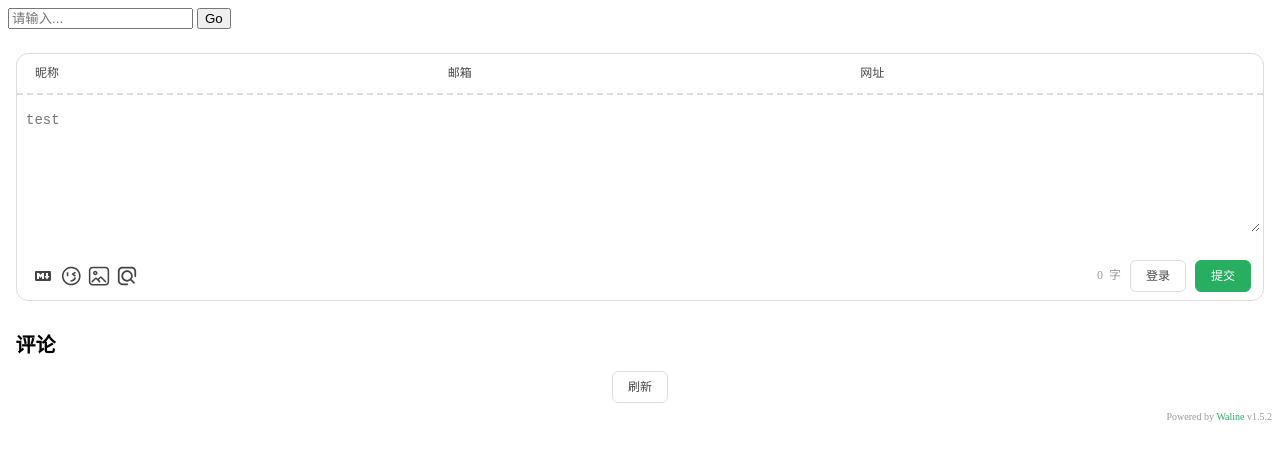
Repository: StarunneR/one-page
Page: index.html
An editor plug-in stored every save of this project. The page is shown before and after the next save, followed by the edit.
The browser window is 1280 px wide. The pictures show the whole page.
The page's requests for data from a server got no answer.

Above is the page before, as saved 2022-01-07 11:19:58.

After the next save:
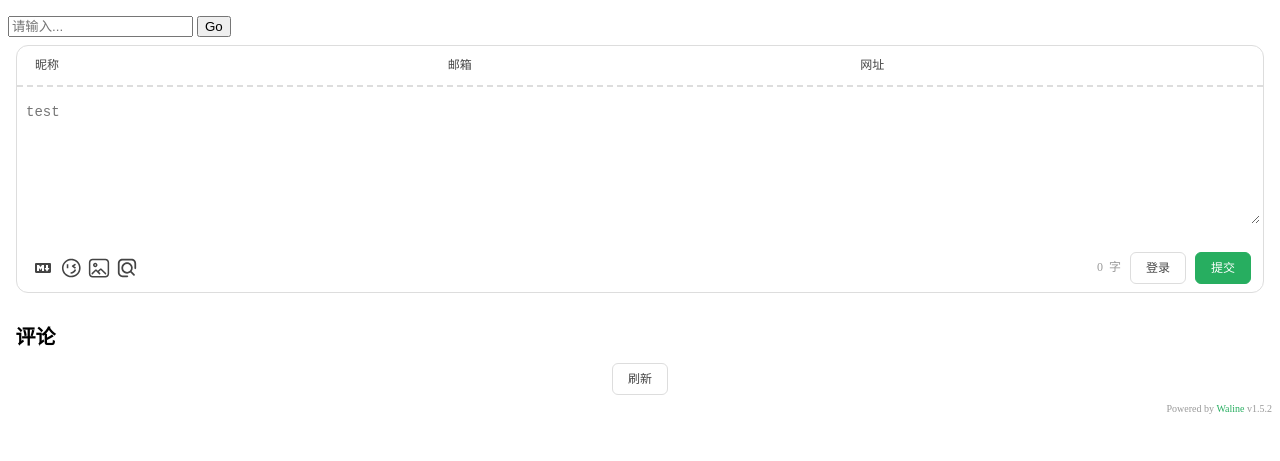
Saved 24 s later.
--- a/index.html
+++ b/index.html
@@ -18,11 +18,12 @@
 </head>
 
 <body>
+    <p id="demo"></p>
     <div class="search">
         <input type="text" placeholder="请输入..." name="" id="" value="" />
         <input type="button" value="Go" οnclick="check()" />
     </div>
-    <p id="demo"></p>
+
     <div id="waline"></div>
     <script>
         Waline({
